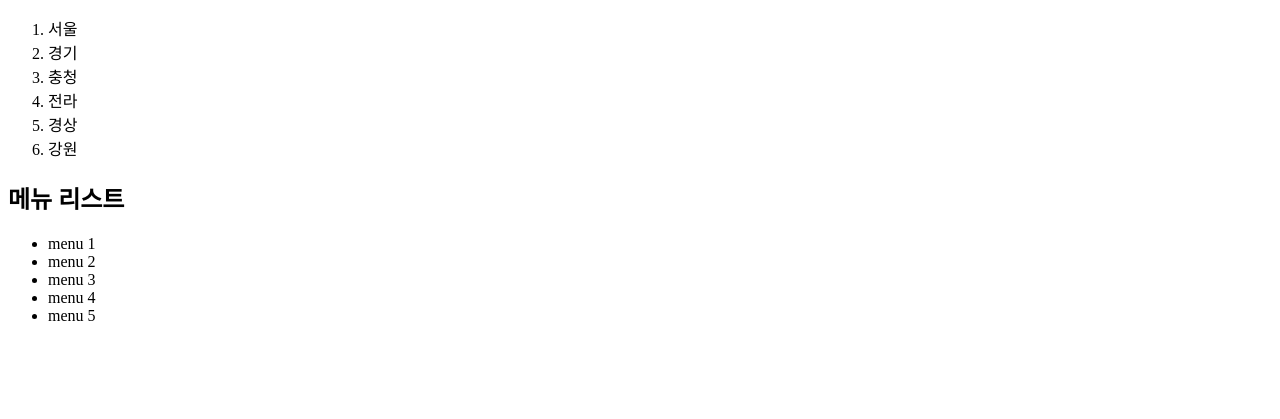
Repository: luna2222/web
Page: 01HTML5/WebContent/[3강]HTML태그/03_01.html
The author's editor kept a copy of each file at every save. The page is drawn from the files as they stood at one save, then again after the next save.
The browser window is 1280 px wide. The pictures show the whole page.

Above is the page before, as saved 2019-02-24 07:02:05.

### 01HTML5/WebContent/[3강]HTML태그/03_01.html
<!DOCTYPE html>
<html>
<head>
<meta charset="UTF-8">
<title>지역 리스트</title>
</head>
<body>
	<ol>
		<li>서울 </li>
		<li>경기 </li>
		<li>충청 </li>
		<li>전라 </li>
		<li>경상</li>
		<li>강원</li>
	</ol>

	<h2>메뉴 리스트</h2>
	<ul>
		<li>menu 1 </li>
		<li>menu 2</li>
		<li>menu 3</li>
		<li>menu 4</li>
		<li>menu 5</li>
			</ul>
</body>
</html>

After the next save:
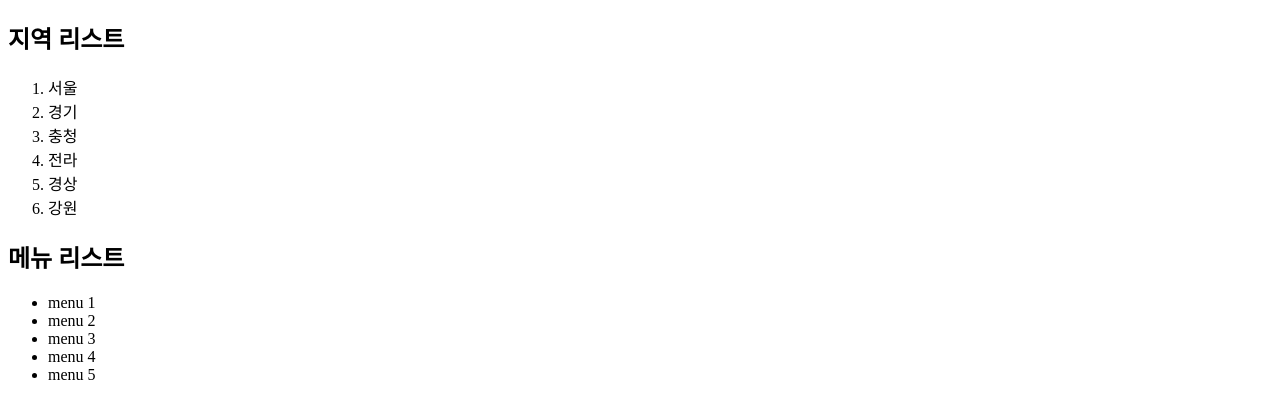
Saved 2 min 11 s later.
--- a/01HTML5/WebContent/[3강]HTML태그/03_01.html
+++ b/01HTML5/WebContent/[3강]HTML태그/03_01.html
@@ -5,6 +5,7 @@
 <title>지역 리스트</title>
 </head>
 <body>
+	<h2>지역 리스트</h2>
 	<ol>
 		<li>서울 </li>
 		<li>경기 </li>
